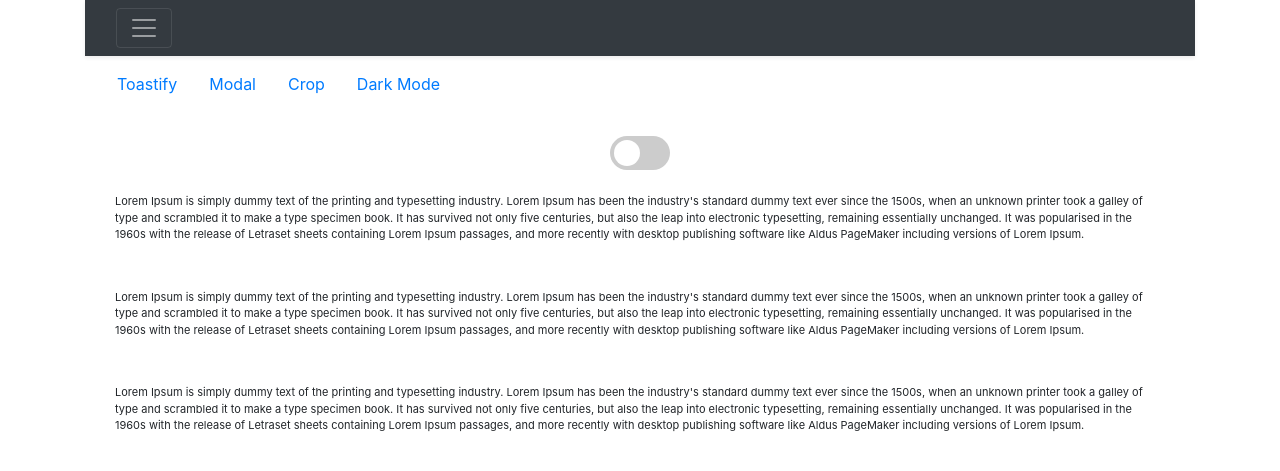
Repository: shankaraswal/react-multiple-ex
Page: /dark
These files come from the project's save history. The page is drawn as it stood at one moment and after the next save; the edit follows.
The browser window is 1280 px wide. The pictures show the whole page.
The project was rebuilt for these pictures with package versions that can differ from the ones it lists, and the page was loaded fresh each time. Also part of the build but not shown: src/components/Toastify/Toastify.js, src/components/ModalPop/ModalPop.js.

Above is the page before, as saved 2020-02-04 19:11:07.

### src/App.js
import React from 'react';
import {
  BrowserRouter as Router,
  Switch,
  Route
} from 'react-router-dom'

import Header from './components/common/Header'
import Navbar from './components/common/Navbar';

import Toastify from './components/Toastify/Toastify'
import ModalPop from './components/ModalPop/ModalPop'
import DarkMode from './components/DarkMode/DarkMode';

function App() {
  return (
    <div className="App container">
      <Router>
        <Header/>
       <Navbar />
        <Switch>
          <div className="container mt-4">
            <Route exact path='/' component={Toastify} />
            <Route path='/modal' component={ModalPop} />
            <Route path='/dark' component={DarkMode} />

          </div>

      </Switch>
      </Router>
    </div>
  );
}
export default App;

### src/components/common/Header.js

import React, { Component } from 'react'
import { NavLink } from 'react-router-dom'

export class Header extends Component {
  render() {
    return (
      <header>
  <div className="collapse bg-dark" id="navbarHeader">
    <div className="container">
      <div className="row">
        <div className="col-sm-8 col-md-7 py-4">
          <h4 className="text-white">About</h4>
          <p className="text-muted">Add some information about the album below, the author, or any other background context. Make it a few sentences long so folks can pick up some informative tidbits. Then, link them off to some social networking sites or contact information.</p>
        </div>
        <div className="col-sm-4 offset-md-1 py-4">
          <h4 className="text-white">Contact</h4>
          <ul className="list-unstyled">
            <li><NavLink className="text-white" to="/twitter">Follow on Twitter</NavLink></li>
            <li><NavLink className="text-white" to="/fb">Like on Facebook</NavLink></li>
            <li><NavLink className="text-white" to="/email">Email me</NavLink></li>
          </ul>
        </div>
      </div>
    </div>
  </div>
  <div className="navbar navbar-dark bg-dark shadow-sm">
    <div className="container d-flex justify-content-between">

      <button className="navbar-toggler" type="button" data-toggle="collapse" data-target="#navbarHeader" aria-controls="navbarHeader" aria-expanded="false" aria-label="Toggle navigation">
        <span className="navbar-toggler-icon"></span>
      </button>
    </div>
  </div>
</header>
    )
  }
}

export default Header

### src/components/common/Navbar.js
import React from 'react'
import { NavLink } from 'react-router-dom'

function Navbar (){

  return (
    <nav className="navbar navbar-right">
      <ul className="nav justify-content-end">
        <li className="nav-item">
          <NavLink className="nav-link" to="/">Toastify</NavLink>
        </li>
        <li className="nav-item">
          <NavLink className="nav-link" to="/modal">Modal</NavLink>
        </li>
        <li className="nav-item">
        <NavLink className="nav-link" to="/crop">Crop</NavLink>
        </li>
        <li className="nav-item">
        <NavLink className="nav-link" to="/dark">Dark Mode</NavLink>
        </li>
    </ul>
    </nav>
    )

}

export default Navbar

### src/components/DarkMode/DarkMode.js
import React, { useState, useEffect} from 'react'
import './DarkMode.css'
import CopyArea from '../common/CopyArea'

function DarkMode() {
  const [dark, setDark] = useState(false);

  return (
    <div className={dark? "dark-mode on": "dark-mode off"}>
      <label className="switch">
        <input type="checkbox" onChange={()=>(setDark(!dark))} />
      <span className="slider round"></span>
      </label>
      <CopyArea />
    </div>
  )
}
export default DarkMode;

### src/components/ModalPop/ModalPop.css
.App {
  text-align: center;
}

.App-logo {
  height: auto;
  pointer-events: none;
}

@media (prefers-reduced-motion: no-preference) {
  .App-logo {
    animation: App-logo-spin infinite 20s linear;
  }
}

.ReactModal__Overlay.ReactModal__Overlay--after-open {
  background-color: #000 !important;
}

.App-header {
  background-color: #282c34;
  min-height: auto;
  display: flex;
  flex-direction: column;
  align-items: center;
  justify-content: center;
  font-size: calc(10px + 2vmin);
  color: white;
}

.App-link {
  color: #61dafb;
}

@keyframes App-logo-spin {
  from {
    transform: rotate(0deg);
  }

  to {
    transform: rotate(360deg);
  }
}

### src/components/common/CopyArea.js
import React, { Component } from 'react'

export class CopyArea extends Component {
  render() {
    return (
      <div>
        <p>Lorem Ipsum is simply dummy text of the printing and typesetting industry. Lorem Ipsum has been the industry's standard dummy text ever since the 1500s, when an unknown printer took a galley of type and scrambled it to make a type specimen book. It has survived not only five centuries, but also the leap into electronic typesetting, remaining essentially unchanged. It was popularised in the 1960s with the release of Letraset sheets containing Lorem Ipsum passages, and more recently with desktop publishing software like Aldus PageMaker including versions of Lorem Ipsum.</p>
        <p>Lorem Ipsum is simply dummy text of the printing and typesetting industry. Lorem Ipsum has been the industry's standard dummy text ever since the 1500s, when an unknown printer took a galley of type and scrambled it to make a type specimen book. It has survived not only five centuries, but also the leap into electronic typesetting, remaining essentially unchanged. It was popularised in the 1960s with the release of Letraset sheets containing Lorem Ipsum passages, and more recently with desktop publishing software like Aldus PageMaker including versions of Lorem Ipsum.</p>
        <p>Lorem Ipsum is simply dummy text of the printing and typesetting industry. Lorem Ipsum has been the industry's standard dummy text ever since the 1500s, when an unknown printer took a galley of type and scrambled it to make a type specimen book. It has survived not only five centuries, but also the leap into electronic typesetting, remaining essentially unchanged. It was popularised in the 1960s with the release of Letraset sheets containing Lorem Ipsum passages, and more recently with desktop publishing software like Aldus PageMaker including versions of Lorem Ipsum.</p>
     </div>
    )
  }
}

export default CopyArea

### src/components/DarkMode/DarkMode.css
/* The switch - the box around the slider */
.switch {
  position: relative;
  display: inline-block;
  width: 60px;
  height: 34px;
}

/* Hide default HTML checkbox */
.switch input {
  opacity: 0;
  width: 0;
  height: 0;
}

/* The slider */
.slider {
  position: absolute;
  cursor: pointer;
  top: 0;
  left: 0;
  right: 0;
  bottom: 0;
  background-color: #ccc;
  -webkit-transition: .4s;
  transition: .4s;
}

.slider:before {
  position: absolute;
  content: "";
  height: 26px;
  width: 26px;
  left: 4px;
  bottom: 4px;
  background-color: white;
  -webkit-transition: .4s;
  transition: .4s;
}

input:checked+.slider {
  background-color: #000;
}

input:focus+.slider {
  box-shadow: 0 0 1px #2196F3;
}

input:checked+.slider:before {
  -webkit-transform: translateX(26px);
  -ms-transform: translateX(26px);
  transform: translateX(26px);
}

/* Rounded sliders */
.slider.round {
  border-radius: 34px;
}

.slider.round:before {
  border-radius: 50%;
}

.dark-mode p {
  font-size: 11px;
  text-align: left;
  padding: 15px;
}

.dark-mode.on {
  background: #333
}

.dark-mode.on p {
  color: #fff;
}

Loaded but not shown: public/index.html (common file); src/index.js (common file); src/index.css (common file); src/serviceWorker.js (common file)

After the next save:
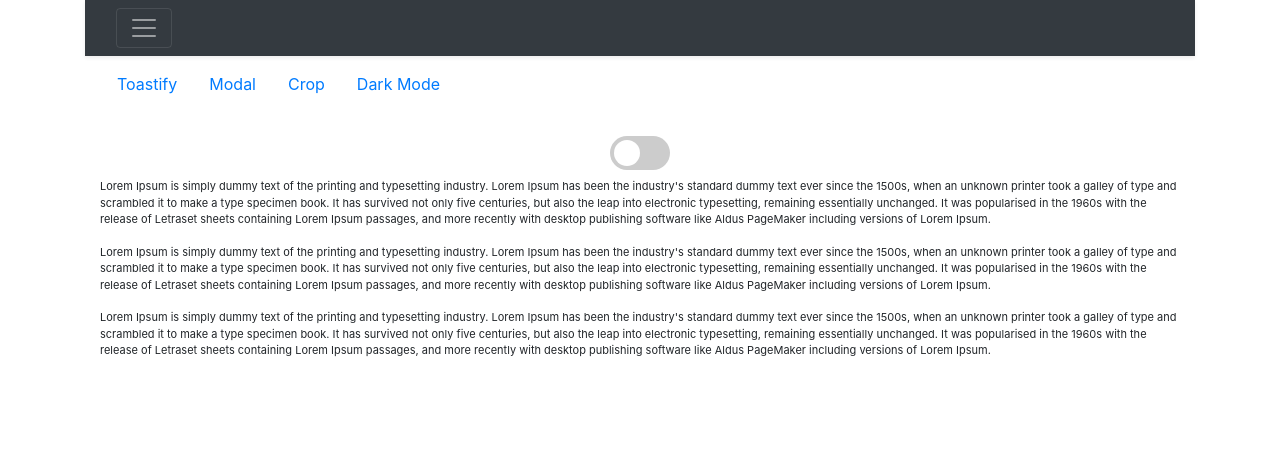
Saved 27 s later.
--- a/src/components/DarkMode/DarkMode.css
+++ b/src/components/DarkMode/DarkMode.css
@@ -64,7 +64,6 @@ input:checked+.slider:before {
 .dark-mode p {
   font-size: 11px;
   text-align: left;
-  padding: 15px;
 }
 
 .dark-mode.on {
